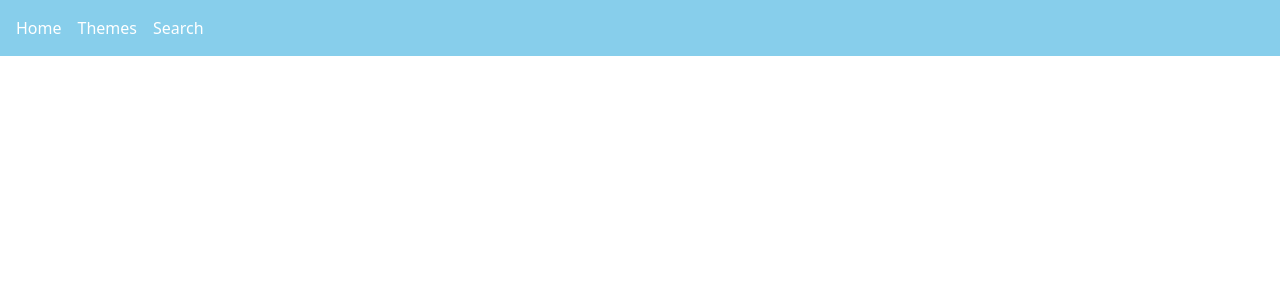
Repository: yellowspots/video_player
Page: static/index.html
An editor plug-in stored every save of this project. The page is shown before and after the next save, followed by the edit.
The browser window is 1280 px wide. The pictures show the whole page.
The page's requests for data from a server got no answer.

Above is the page before, as saved 2024-04-30 22:11:48.
Console error: ReferenceError: renderSearchBar is not defined

### static/index.html
<!DOCTYPE html>
<html lang="en">
<head>
    <meta charset="UTF-8">
    <meta name="viewport" content="width=device-width, initial-scale=1.0">
    <title>Video Platform</title>
    <!-- Tailwind CSS via CDN -->
    <link href="https://cdn.jsdelivr.net/npm/tailwindcss@2.2.19/dist/tailwind.min.css" rel="stylesheet">
    <!-- Custom stylesheet -->
    <link rel="stylesheet" href="style.css">
</head>
<body>
    <div id="app">
        <!-- Navbar placeholder -->
        <div id="navbar"></div>
        <!-- Main content area -->
        <main id="main-content"></main>
        <!-- Dad Joke placeholder -->
        <footer id="joke-section"></footer>
    </div>

    <!-- JavaScript files -->
    <script src="app.js" defer></script>
    <script src="components/navbar.js" defer></script>
    <script src="components/themeSelector.js" defer></script>
    <script src="components/videoList.js" defer></script>
    <script src="components/videoDetail.js" defer></script>
    <script src="components/searchBar.js" defer></script>
    <script src="components/jokes.js" defer></script>
</body>
</html>

### static/style.css
/* Custom styles using Sky Blue and Sedona Orange */
.bg-primary {
    background-color: #87CEEB;
}

.text-primary {
    color: #87CEEB;
}

.bg-secondary {
    background-color: #D25F00;
}

.text-secondary {
    color: #D25F00;
}

### static/app.js
// Initialize the application
function initApp() {
    renderNavbar();
    renderThemeSelector();
    renderVideoList();
    renderSearchBar();
    renderJokes();
}

// Call the initApp function when the DOM is loaded
document.addEventListener('DOMContentLoaded', initApp);

### static/components/navbar.js
function renderNavbar() {
    const navbarElement = document.getElementById('navbar');
    navbarElement.innerHTML = `
        <nav class="bg-primary text-white p-4">
            <ul class="flex space-x-4">
                <li><a href="#" class="hover:text-secondary">Home</a></li>
                <li><a href="#" class="hover:text-secondary">Themes</a></li>
                <li><a href="#" class="hover:text-secondary">Search</a></li>
            </ul>
        </nav>
    `;
}

### static/components/themeSelector.js
async function renderThemeSelector() {
    const themes = await fetchThemes();
    const mainContent = document.getElementById('main-content');
    mainContent.innerHTML = `
        <div class="m-4">
            <label for="theme-select" class="block mb-2">Select a theme:</label>
            <select id="theme-select" class="border border-gray-300 p-2">
                ${themes.map(theme => `<option value="${theme.theme_name}">${theme.theme_name}</option>`).join('')}
            </select>
        </div>
    `;
}

async function fetchThemes() {
    const response = await fetch('/themes');
    const themes = await response.json();
    return themes;
}

### static/components/videoList.js
async function renderVideoList() {
    const videos = await fetchVideos();
    const mainContent = document.getElementById('main-content');
    mainContent.innerHTML = `
        <div class="grid grid-cols-1 sm:grid-cols-2 md:grid-cols-3 gap-4 m-4">
            ${videos.map(video => `
                <div class="bg-white shadow p-4">
                    <img src="${video.preview_image_url}" alt="${video.title}" class="mb-2">
                    <h3 class="text-lg font-bold mb-2">${video.title}</h3>
                    <p class="text-gray-600">${video.description}</p>
                    <a href="#" class="block mt-4 text-primary hover:text-secondary" onclick="renderVideoDetail(${video.video_id})">View Details</a>
                </div>
            `).join('')}
        </div>
    `;
}

async function fetchVideos() {
    const response = await fetch('/videos');
    const videos = await response.json();
    return videos;
}

function renderVideoDetail(videoId) {
    // Implement video detail rendering logic
}

### static/components/videoDetail.js

async function displayVideoDetail(videoId) {
    const video = await fetchData(`/api/videos/${videoId}`);
    const mainContent = document.getElementById('main-content');
    mainContent.innerHTML = `
        <h1>${video.title}</h1>
        <img src="${video.preview_image_url}" alt="${video.title}">
        <p>${video.description}</p>
        <p>Views: ${video.view_count}</p>
        <p>Rating: ${video.user_rating}/5</p>
    `;
}

### static/components/searchBar.js

function setupSearch() {
    const searchElement = document.getElementById('search-bar');
    searchElement.oninput = function() {
        const query = this.value;
        console.log("Searching for:", query);
        // Search implementation needed
    };
}

### static/components/jokes.js

async function displayRandomJoke() {
    const joke = await fetchData('/api/jokes/random');
    const jokeSection = document.getElementById('joke-section');
    jokeSection.innerHTML = `<p>${joke.joke_text}</p>`;
}

After the next save:
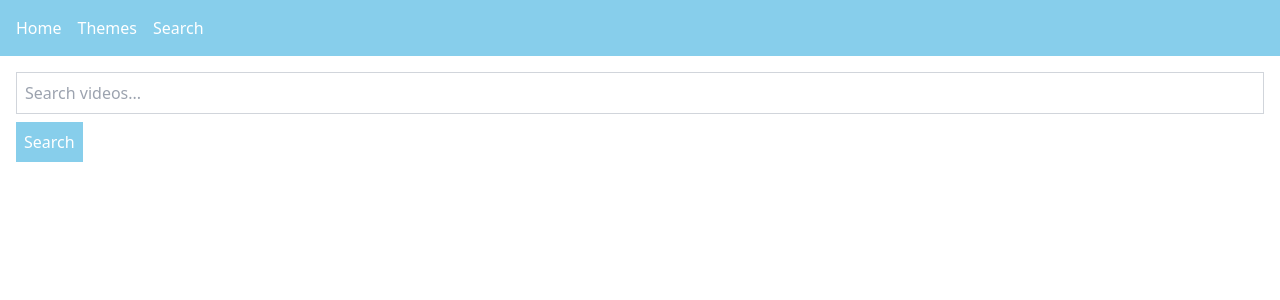
Console error: ReferenceError: renderJokes is not defined
Saved 10 s later.
--- a/static/components/searchBar.js
+++ b/static/components/searchBar.js
@@ -1,9 +1,17 @@
+function renderSearchBar() {
+    const mainContent = document.getElementById('main-content');
+    mainContent.innerHTML = `
+      <div class="m-4">
+        <input type="text" id="search-input" class="border border-gray-300 p-2 w-full" placeholder="Search videos...">
+        <button id="search-button" class="bg-primary text-white p-2 mt-2">Search</button>
+      </div>
+    `;
 
-function setupSearch() {
-    const searchElement = document.getElementById('search-bar');
-    searchElement.oninput = function() {
-        const query = this.value;
-        console.log("Searching for:", query);
-        // Search implementation needed
-    };
-}
+    const searchButton = document.getElementById('search-button');
+    searchButton.addEventListener('click', performSearch);
+  }
+
+  function performSearch() {
+    const searchTerm = document.getElementById('search-input').value;
+    // Implement search logic using the searchTerm
+  }
